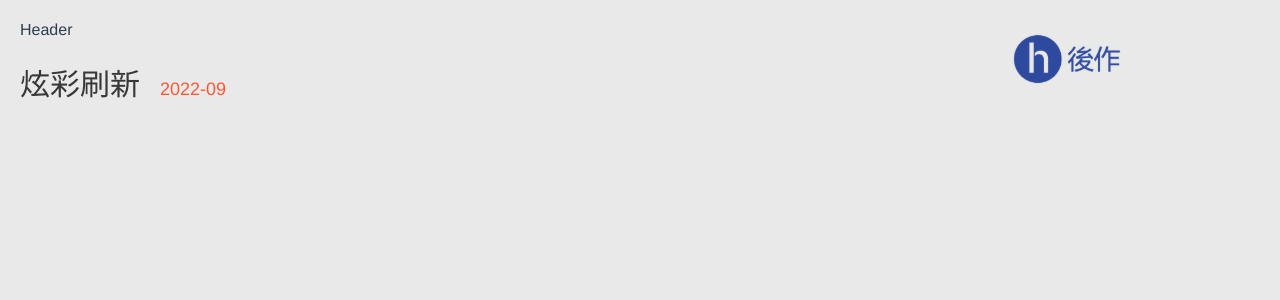
Repository: yezhonghu0503/houzuo
Page: /interiorDecoration
These files come from the project's save history. The page is drawn as it stood at one moment and after the next save; the edit follows.
The browser window is 1280 px wide. The pictures show the whole page.
The project was rebuilt for these pictures with package versions that can differ from the ones it lists, and the page was loaded fresh each time. Also part of the build but not shown: vite.config.ts.

Above is the page before, as saved 2022-09-29 10:35:02.

After the next save:
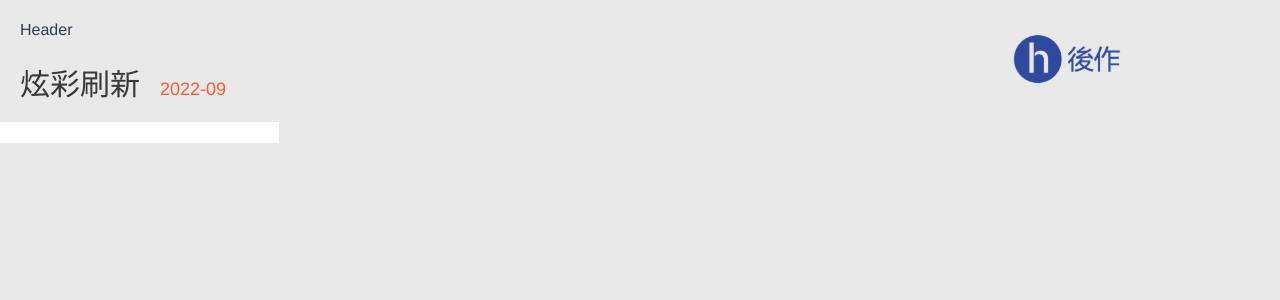
Saved 10 min 55 s later.
--- a/src/view/interiorDecoration/index.vue
+++ b/src/view/interiorDecoration/index.vue
@@ -6,15 +6,20 @@
   onBeforeRouteLeave,
   onBeforeRouteUpdate,
 } from "vue-router";
+const activeIndex = ref("1");
+const activeIndex2 = ref("1");
+const handleSelect = (key: string, keyPath: string[]) => {
+  console.log(key, keyPath);
+};
 export default {
   setup() {
     const router = useRouter();
     const route = useRoute();
-    let timenow:string = new Date().toJSON().substring(0,7);
+    let timenow: string = new Date().toJSON().substring(0, 7);
 
     return {
-      timenow
-    }
+      timenow,
+    };
   },
 };
 </script>
@@ -25,8 +30,11 @@
       <el-col :span="16">
         <el-container class="head-tit">
           <el-header>Header</el-header>
-          <el-footer><h1>炫彩刷新<font class="timeshow">{{timenow}}</font></h1>
-            </el-footer>
+          <el-footer
+            ><h1>
+              炫彩刷新<font class="timeshow">{{ timenow }}</font>
+            </h1>
+          </el-footer>
         </el-container>
       </el-col>
       <el-col :span="8" align="middle">
@@ -73,6 +81,17 @@
           />
         </svg>
       </el-col>
+      <el-menu
+        :default-active="activeIndex"
+        class="el-menu-demo"
+        mode="horizontal"
+        @select="handleSelect"
+      >
+        <el-menu-item index="1">炫彩刷新</el-menu-item>
+        <el-menu-item index="2">微装翻新</el-menu-item>
+        <el-menu-item index="3">全屋整装</el-menu-item>
+      </el-menu>
+      <div class="h-6" />
     </el-row>
   </div>
 </template>
@@ -106,14 +125,14 @@
   text-align: left;
   /*vertical-align: top;*/
 }
-.timeshow{
-/** 文本1 */
-font-size: 18px;
-font-weight: 500;
-letter-spacing: 0px;
-line-height: 0px;
-color: rgba(255, 87, 51, 1);
-text-align: left;
-margin-left: 20px;
+.timeshow {
+  /** 文本1 */
+  font-size: 18px;
+  font-weight: 500;
+  letter-spacing: 0px;
+  line-height: 0px;
+  color: rgba(255, 87, 51, 1);
+  text-align: left;
+  margin-left: 20px;
 }
 </style>
